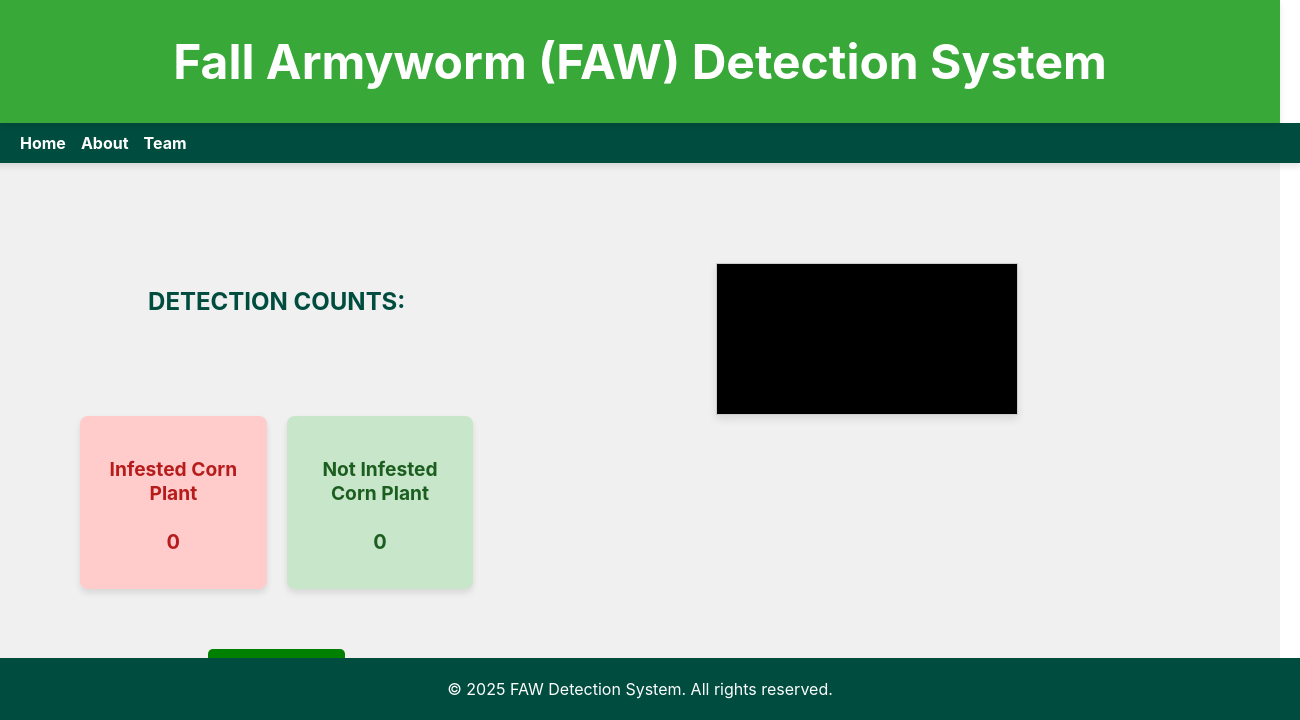
Repository: jansen223/faw-detection-main
Page: /
The author's editor kept a copy of each file at every save. The page is drawn from the files as they stood at one save, then again after the next save.
The browser window is 1280 px wide. The page is 1300 px wide, so the pictures cover 1300 px, including what lies to the right of the window. The pictures show the whole page.
The page's requests for data from a server got no answer. The project was rebuilt for these pictures with package versions that can differ from the ones it lists, and the page was loaded fresh each time. No one was signed in, and anything a server would have sent is missing.

Above is the page before, as saved 2025-04-10 01:24:10.

After the next save:
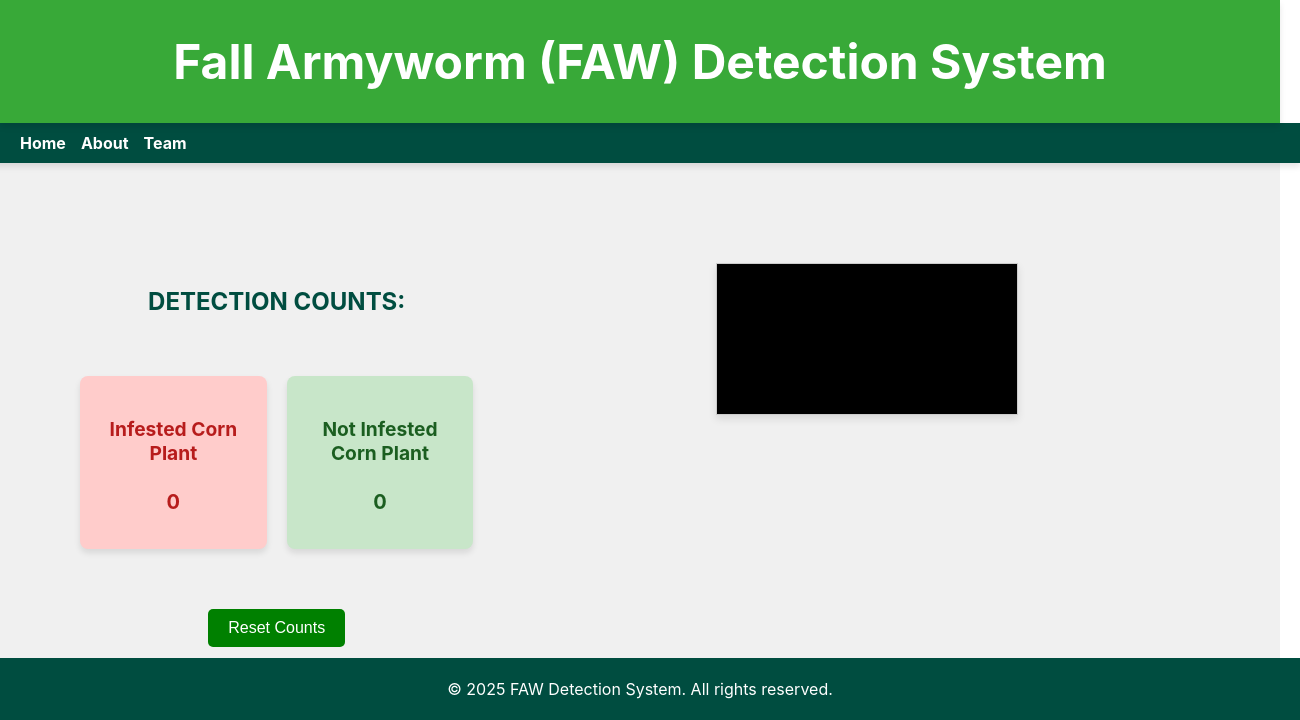
Saved 115 s later.
--- a/src/App.css
+++ b/src/App.css
@@ -117,7 +117,7 @@ canvas {
 .detection-cards {
   display: flex;
   gap: 20px;
-  margin-top: 100px;
+  margin-top: 60px;
 }
 
 .card {
@@ -220,7 +220,7 @@ canvas {
 }
 
 .detection-cards .card p {
-  font-size: 1.25rem; /* Increase the font size for card counts */
+  font-size: 1.25rem;
   font-weight: bold;
 }
 
